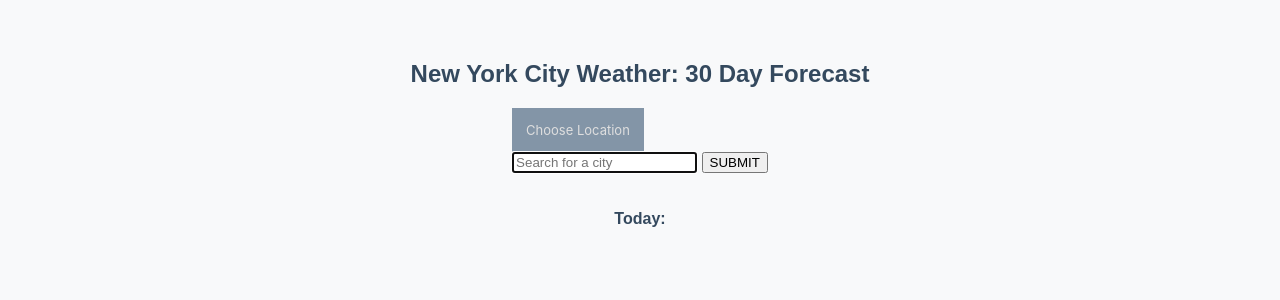
Repository: m0llyc00k/web-advanced
Page: NYC_weather_midterm/index_MC.html
The author's editor kept a record of every edit. The page is drawn from the files as they stood at one moment, then again after the next edit.
The browser window is 1280 px wide. The pictures show the whole page.
Some web fonts or font styles are not loaded; a fallback is used.

Above is the page before.

### NYC_weather_midterm/index_MC.html
<!DOCTYPE html>
<html lang="en">

<head>
    <link rel="stylesheet" href="./styles_MC.css" type="text/css">

    </link>

    <title>NYC Weather: 30 Day Forecast</title>
</head>

<body>
    <h2 class="title">
        New York City Weather: 30 Day Forecast
    </h2>
    <div class="dropdown">
        <button class="dropbtn">Choose Location</button>
        <div class="dropdown-content">
            <a href="#">Link 1</a>
            <a href="#">Link 2</a>
            <a href="#">Link 3</a>
        </div>
        <section class="top-banner">
            <div class="container">
                <form>
                    <input type="text" placeholder="Search for a city" autofocus>
                    <button type="submit">SUBMIT</button>
                    <span class="msg"></span>
                </form>
            </div>
        </section>
        <section class="ajax-section">
            <div class="container">
                <ul class="cities"></ul>
            </div>
        </section>
    </div>
    <h4>Today:</h4>
    <br><br><br>
    <div id="wrapper" class="wrapper">
        <div id="tooltip" class="tooltip">
            <div id="tooltip-date" class="tooltip-date"></div>
            <div id="tooltip-temperature" class="tooltip-temperature">
                <span id="tooltip-temperature-min"></span>
                -
                <span id="tooltip-temperature-max"></span>
            </div>
            <div class="tooltip-metric tooltip-precipitation-type">
                <div>Weather</div>
                <div id="tooltip-precipitation-type"></div>
            </div>

            <div class="tooltip-metric tooltip-cloud">
                <div>Cloud Cover</div>
                <div id="tooltip-cloud"></div>
            </div>
            <div class="tooltip-metric tooltip-rain">
                <div>Rain</div>
                <div id="tooltip-rain"></div>
            </div>
            <div class="tooltip-metric tooltip-snow">
                <div>Snow</div>
                <div id="tooltip-snow"></div>
            </div>
            <div class="tooltip-metric tooltip-humidity">
                <div>Humidity</div>
                <div id="tooltip-humidity"></div>
            </div>
        </div>


        <script src="https://d3js.org/d3.v7.min.js"></script>
        <script src="./script2.js"></script>

</body>

</html>

### NYC_weather_midterm/styles_MC.css
/* Import and use the Inter font https://rsms.me/inter/ */
@import url('https://rsms.me/inter/inter.css');

html {
    font-family: 'Inter', sans-serif;
}

body {
    display: flex;
    flex-direction: column;
    align-items: center;
    padding: 2em 2em;
    font-family: 'Inter var', sans-serif;
    font-size: 16px;
    color: #34495e;
    background: #f8f9fa;
}

#title {
    position: relative;
    width: 600px;
    margin-top: .3em;
    margin-bottom: .3em;
    line-height: 1.2em;
    display: flex;
    justify-content: center;
    text-align: center;
    align-items: center;
    font-family: 'Inter', sans-serif;
    font-feature-settings: 'tnum'1;
    font-weight: bold;
    font-size: 24px;
}

.grid-line {
    stroke: #dadadd;
    fill: none;
}

.tick-label {
    dominant-baseline: middle;
    fill: #8395a7;
    font-size: 0.7em;
    font-weight: 700;
    letter-spacing: 0.005em;
}

.tick-label-temperature {
    fill: #8395a7;
    opacity: 0.7;
    dominant-baseline: middle;
    font-size: 0.7em;
}

.freezingCircle {
    fill: skyblue;
    opacity: 0.5;
}

.day-line {
    stroke: #dadadd;
    stroke-width: 3;
}

.cloud-dot {
    fill: #c8d6e5;
    /*opacity: 0.8;*/
    mix-blend-mode: multiply;
}

.humidity-dot {
    fill: #d8d2e7;
    /*opacity: 0.8;*/
}

.rain-dot {
    opacity: 0.7;
    fill: cornflowerblue;
    mix-blend-mode: multiply;
}

.snow-dot {
    opacity: 0.7;
    fill: #636e72;
    mix-blend-mode: multiply;
}

.annotation-line {
    stroke: gray;
    /*opacity: 0.4;*/
}

.annotation-text {
    fill: gray;
    font-size: 0.7em;
    dominant-baseline: middle;
}

svg {
    overflow: visible;
}

#wrapper {
    position: relative;
}

.dropbtn {
    background-color: #8395a7;
    font-family: 'Inter', sans-serif;
    color: #dfdfdf;
    padding: 14px;
    font-size: 13px;
    border: none;
}

.dropdown {
    position: relative;
    display: inline-block;
}

.dropdown-content {
    font-family: 'Inter', sans-serif;
    font-size: 12px;
    display: none;
    position: absolute;
    background-color: #dfdfdf;
    min-width: 120px;
    box-shadow: 0px 8px 16px 0px rgba(0, 0, 0, 0.2);
    z-index: 1;
    color: #34495e;
    justify-content: center;
    text-align: center;
    align-items: center;

}

.dropdown-content a {
    font-family: 'Inter', sans-serif;
    color: black;
    padding: 12px 16px;
    text-decoration: none;
    display: block;
}

.dropdown-content a:hover {
    background-color: cornflowerblue;
    opacity: .5;
}

.dropdown:hover .dropdown-content {
    display: block;
}

.dropdown:hover .dropbtn {
    opacity: .5;
}

.tooltip {
    opacity: 0;
    position: absolute;
    top: 0;
    left: 0;
    width: 15em;
    padding: 0.6em 1em;
    background: #fff;
    text-align: center;
    line-height: 1.4em;
    font-size: 0.9em;
    border: 1px solid #ddd;
    z-index: 10;
    pointer-events: none;

}

.tooltip-date {
    margin-bottom: 0.2em;
    font-weight: 600;
    font-size: 1.1em;
    line-height: 1.4em;
}

.tooltip-temperature {
    font-feature-settings: 'tnum'1;
}

.tooltip-metric {
    display: flex;
    justify-content: space-between;
    width: 100%;
    font-size: 0.8em;
    line-height: 1.3em;
    transition: all 0.1s ease-out;
}

.tooltip-metric div:first-child {
    font-weight: 800;
    padding-right: 1em;
}

.tooltip-metric div:nth-child(2) {
    font-feature-settings: 'tnum'1;
}

.tooltip-cloud {
    color: #8395a7;
}

.tooltip-humidity {
    color: #bbb1d5;
}

.listener-circle {
    fill: transparent;
}

.tooltip-line {
    pointer-events: none;
    fill: #8395a7;
    /*fill-opacity: 0.2;*/
    mix-blend-mode: multiply;
}

.tooltip-rain {
    color: cornflowerblue;
}

.tooltip-snow {
    /*color: #8791a3;*/
    color: #b2bec3;
}

.tooltip-precipitation-type {
    margin-bottom: 8px;
    margin-top: 8px;
}

### NYC_weather_midterm/script2.js
/*global d3*/
//create a constructor function to process the data within object

"use strict";

const form = document.querySelector(".top-banner form");
const input = document.querySelector(".top-banner input");
const msg = document.querySelector(".top-banner .msg");
// const list = document.querySelector(".ajax-section .cities");
const apiKey = "0353e66df6f1bec42f85ab2aa62ad775";

form.addEventListener("submit", e => {
    e.preventDefault();
    let inputVal = input.value;

    //ajax here
    const url = `https://pro.openweathermap.org/data/2.5/forecast/climate?q=${inputVal}&appid=${apiKey}&units=imperial`;

    function fetchSearchData() {

        fetch(url)
            .then(res => res.json())
            // .then(data => {
            //     console.log(data)

            .then(function(data) {
                const dataset = data.list
                const allData = data


                drawChart(dataset)
                console.log(allData)
                getTitle(allData)

            })
            .catch(error => {
                console.log(error);
                msg.textContent = "Please search for a valid city";
            })

        msg.textContent = "";
        form.reset();
        input.focus();
    };



    function getTitle(allData) {
        const title = document.getElementById("title")
        const city = document.createElement("h2");
        const newTitle = city.innerText = allData.city.name + ", " + allData.city.country;
        title.innerHTML = newTitle + " : 30 Day Forecast";
    }

    const chartDiv = document.getElementById('wrapper')

        if (chartDiv == null) {
            fetchSearchData()
        } else {
            chartDiv.remove()
            fetchSearchData()
        }


    //////// draw chart in d3 ////////


    function drawChart(newData) {



        // 1. Access data


        // console.log(newData)
        //add the date format to the data
        const formatDate = d3.timeFormat("%Y-%m-%d")
        const parseDate = d3.timeParse("%Y-%m-%d")

        newData.forEach((element) => {
            element['date'] =
                (formatDate(element.dt * 1000))
        })

        const sunFormatter = d3.timeFormat("%I %p")
        const temperatureMinAccessor = d => d.temp.min
        const temperatureMaxAccessor = d => d.temp.max
        const dayAccessor = d => d.date
        const humidityAccessor = d => d.humidity
        const rainAccessor = d => d.rain
        const snowAccessor = d => d.snow
        const precipitationTypeAccessor = d => d.weather[0].main
        const weatherType = d => d.weather[0].description
        const cloudAccessor = d => d.clouds
        const dateParser = d3.timeParse("%Y-%m-%d")
        const sunriseAccessor = d => dateParser(d.sunrise)
        const sunsetAccessor = d => dateParser(d.sunset)
        const sunriseFormat = d => sunFormatter(sunriseAccessor(d.sunrise))
        const dateAccessor = d => dateParser(d.date)


        // 2. Create chart dimensions

        const width = 600
        let dimensions = {
            width: width,
            height: width,
            radius: width / 2,
            margin: {
                top: 120,
                right: 120,
                bottom: 120,
                left: 120,
            },
        }
        dimensions.boundedWidth = dimensions.width - dimensions.margin.left - dimensions.margin.right
        dimensions.boundedHeight = dimensions.height - dimensions.margin.top - dimensions.margin.bottom
        dimensions.boundedRadius = dimensions.radius - ((dimensions.margin.left + dimensions.margin.right) / 2)

        // 3. Draw canvas

        const div = document.createElement("div")
        div.setAttribute('class', 'wrapper');
        div.setAttribute('id', 'wrapper')
        document.body.appendChild(div);

        div.innerHTML = `
        <div id="tooltip" class="tooltip">
            <div id="tooltip-date" class="tooltip-date"></div>
            <div id="tooltip-temperature" class="tooltip-temperature">
                <span id="tooltip-temperature-min"></span>
                -
                <span id="tooltip-temperature-max"></span>
            </div>
            <div class="tooltip-metric tooltip-precipitation-type">
                <div>Weather</div>
                <div id="tooltip-precipitation-type"></div>
            </div>

            <div class="tooltip-metric tooltip-cloud">
                <div>Cloud Cover</div>
                <div id="tooltip-cloud"></div>
            </div>
            <div class="tooltip-metric tooltip-rain">
                <div>Rain</div>
                <div id="tooltip-rain"></div>
            </div>
            <div class="tooltip-metric tooltip-snow">
                <div>Snow</div>
                <div id="tooltip-snow"></div>
            </div>
            <div class="tooltip-metric tooltip-humidity">
                <div>Humidity</div>
                <div id="tooltip-humidity"></div>
            </div>
        </div>
        `

        const subtitle = document.createElement('h4')

        const wrapper = d3.select("#wrapper")
            .append("svg")
            .attr("width", dimensions.width)
            .attr("height", dimensions.height)

        const bounds = wrapper.append("g")
            .style("transform", `translate(${
            dimensions.margin.left + dimensions.boundedRadius}px, ${dimensions.margin.top + dimensions.boundedRadius}px)`)

        const defs = wrapper.append("defs")

        const gradientId = "temperature-gradient"
        const gradient = defs.append("radialGradient")
            .attr("id", gradientId)

        const radiusScale = d3.scaleLinear()
            .domain(d3.extent([
                ...newData.map(temperatureMinAccessor),
                ...newData.map(temperatureMaxAccessor),
            ]))
            .range([0, dimensions.boundedRadius])
            .nice()

        const numberOfStops = 10
        // const gradientColorScale = d3.interpolatePuBuGn
        // const gradientColorScale = d3.interpolateBuPu
        // const gradientColorScale = d3.interpolateCool
        const gradientColorScale = d3.interpolateRgb("cornflowerblue", "#047773")


        const temperatureColorScale = d3.scaleSequential()
            .domain(radiusScale.domain())
            .interpolator(gradientColorScale)

        d3.range(numberOfStops).forEach(i =>
            gradient.append("stop")
            .attr("offset", `${i *100 / (numberOfStops - 1)}%`)
            .attr("stop-color", gradientColorScale(
                i / (numberOfStops - 1)
            )))

        // 4. Create scales

        const angleScale = d3.scaleTime()
            .domain(d3.extent(newData, dateAccessor))
            .range([0, Math.PI * 2])


        const getCoordinatesForAngle = (angle, offset = 1) => [
            Math.cos(angle - Math.PI / 2) * dimensions.boundedRadius * offset,
            Math.sin(angle - Math.PI / 2) * dimensions.boundedRadius * offset,
        ]

        const getXFromDataPoint = (d, offset = 1.4) => (
            getCoordinatesForAngle(angleScale(dateAccessor(d)), offset)[0]
        )

        const getYFromDataPoint = (d, offset = 1.4) => (
            getCoordinatesForAngle(angleScale(dateAccessor(d)), offset)[1]
        )

        // 5. Draw data

        const freezingCircle = bounds.append("circle")
            .attr("r", radiusScale(32))
            .attr("class", "freezingCircle")


        const areaGenerator = d3.areaRadial()
            .angle(d => angleScale(dateAccessor(d)))
            .innerRadius(d => radiusScale(temperatureMinAccessor(d)))
            .outerRadius(d => radiusScale(temperatureMaxAccessor(d)))

        const area = bounds.append("path")
            .attr("d", areaGenerator(newData))
            .style("fill", `url(#${gradientId}`)

        const cloudRadiusScale = d3.scaleSqrt()
            .domain(d3.extent(newData, cloudAccessor))
            .range([1, 10])

        const humidityRadiusScale = d3.scaleSqrt()
            .domain(d3.extent(newData, humidityAccessor))
            .range([1, 10])

        const precipitationTypes = ["rain", "clouds", "snow", "humidity"]
        const precipitationTypeColorScale = d3.scaleOrdinal()
            .domain(precipitationTypes)
            .range(["cornflowerblue", "#636e72", "#b2bec3", "#d8d2e7"])

        const rainRaduisScale = d3.scaleSqrt()
            .domain(d3.extent(newData, rainAccessor))
            .range([0, 10])

        const snowRaduisScale = d3.scaleSqrt()
            .domain(d3.extent(newData, snowAccessor))
            .range([0, 10])

        // 6. Draw peripherals

        const annotationGroup = bounds.append("g")
        const drawAnnotation = (angle, offset, text) => {
            const [x1, y1] = getCoordinatesForAngle(angle, offset)
            const [x2, y2] = getCoordinatesForAngle(angle, 2.6)

            annotationGroup.append("line")
                .attr("x1", x1)
                .attr("x2", x2)
                .attr("y1", y1)
                .attr("y2", y2)
                .attr("class", "annotation-line")

            annotationGroup.append("text")
                .attr("x", x2 + 6)
                .attr("y", y2)
                .attr("class", "annotation-text")
                .text(text)

        }




        const peripherals = bounds.append("g")
        const days = d3.timeDay.range(...angleScale.domain())

        days.forEach(day => {
            const angle = angleScale(day)
            const [x, y] = getCoordinatesForAngle(angle, 1)
            // console.log(getCoordinatesForAngle(angle, 1))

            peripherals.append("line")
                .attr("x2", x)
                .attr("y2", y)
                .attr("class", "grid-line")


            const [labelx, labely] = getCoordinatesForAngle(angle, 2)
            peripherals.append("text")
                .text(d3.timeFormat("%b %d")(day))
                .attr("x", labelx)
                .attr("y", labely)
                .attr("class", "tick-label")
                .style("text-anchor",
                    Math.abs(labelx) < 5 ? "middle" :
                    labelx > 0 ? "start" :
                    "end"
                )


            const temperatureTicks = radiusScale.ticks(4)
            // console.log(temperatureTicks)
            const gridCircles = temperatureTicks.map(d => {
                peripherals.append("circle")
                    .attr("r", radiusScale(d))
                    .attr("class", "grid-line")
            })

            const tickLabelBackgrounds = temperatureTicks.map(d => {
                if (d < 1) return
                return peripherals.append("rect")
                    // .attr("x", 4)
                    .attr("y", -radiusScale(d) - 10)
                    .attr("width", 40)
                    .attr("height", 20)
                    .attr("fill", "#f8f9fa")
            })

            const gridLabels = temperatureTicks.map(d => {
                if (d < 1) return
                return peripherals.append("text")
                    .attr("x", 4)
                    .attr("y", -radiusScale(d) + 2)
                    .html(`${d3.format(".0f")(d)} \xB0F`)
                    .attr("class", "tick-label-temperature")
            })

        })

        //ticks for days

        const dayGroup = bounds.append("g")
        const dayOffset = 1
        const dayTick = dayGroup.selectAll("line")
            .data(newData.filter(d => dayAccessor(d)))
            .join("line")
            .attr("x1", d => getXFromDataPoint(d, dayOffset))
            .attr("y1", d => getYFromDataPoint(d, dayOffset))
            .attr("x2", d => getXFromDataPoint(d, dayOffset + 0.1))
            .attr("y2", d => getYFromDataPoint(d, dayOffset + 0.1))
            .attr("class", "day-line")

        //outer circles

        const cloudGroup = bounds.append("g")
        const cloudOffset = 1.65
        const cloudDots = cloudGroup.selectAll("circle")
            .data(newData)
            .join("circle")
            .attr("r", d => cloudRadiusScale(cloudAccessor(d)))
            .attr("cx", d => getXFromDataPoint(d, cloudOffset))
            .attr("cy", d => getYFromDataPoint(d, cloudOffset))
            .attr("class", "cloud-dot")

        const humidityGroup = bounds.append("g")
        const humidityOffset = 1.20
        const humidityDots = humidityGroup.selectAll("circle")
            .data(newData)
            .join("circle")
            .attr("r", d => humidityRadiusScale(humidityAccessor(d)))
            .attr("cx", d => getXFromDataPoint(d, humidityOffset))
            .attr("cy", d => getYFromDataPoint(d, humidityOffset))
            .attr("class", "humidity-dot")

        const rainGroup = bounds.append("g")
        const rainOffset = 1.34
        const rainDots = rainGroup.selectAll("circle")
            .data(newData)
            .join("circle")
            .attr("r", d => rainRaduisScale(rainAccessor(d)))
            .attr("cx", d => getXFromDataPoint(d, rainOffset))
            .attr("cy", d => getYFromDataPoint(d, rainOffset))
            .attr("class", "rain-dot")

        const snowGroup = bounds.append("g")
        const snowOffset = 1.47
        const snowDots = snowGroup.selectAll("circle")
            .data(newData)
            .join("circle")
            .attr("r", d => snowRaduisScale(snowAccessor(d)))
            .attr("cx", d => getXFromDataPoint(d, snowOffset))
            .attr("cy", d => getYFromDataPoint(d, snowOffset))
            .attr("class", "snow-dot")



        // drawAnnotation(Math.PI * 0.3, humidityOffset , "Humidity")
        // drawAnnotation(Math.PI * 0.195, cloudOffset , "Cloudiness")
        // drawAnnotation(Math.PI * 0.24, rainOffset , "Rain")
        // drawAnnotation(Math.PI * 0.26, snowOffset , "Snow")
        drawAnnotation(Math.PI * 0.65, 0.5, "Temperature")


        drawAnnotation(Math.PI * 0.72, radiusScale(32) / dimensions.boundedRadius, "Freezing Temperature (32\xB0F)")


        precipitationTypes.forEach((precipitationType, index) => {
            const labelCoordinates = getCoordinatesForAngle(Math.PI * 0.28, 3.0)

            annotationGroup.append("circle")
                .attr("cx", labelCoordinates[0] + 15)
                .attr("cy", labelCoordinates[1] + (16 * (index + 1)))
                .attr("r", 4)
                .attr("fill", precipitationTypeColorScale(precipitationType))
                .style("opacity", 0.7)
            annotationGroup.append("text")
                .attr("x", labelCoordinates[0] + 25)
                .attr("y", labelCoordinates[1] + (16 * (index + 1)))
                .text(precipitationType)
                .attr("class", "annotation-text")

        })




        //   // 7. Set up interactions

        const listenerCircle = bounds.append("circle")
            .attr("r", dimensions.width / 2)
            .attr("class", "listener-circle")
            .on("mousemove", onMouseMove)
            .on("mouseleave", onMouseLeave)


        const tooltip = d3.select("#tooltip")
        const tooltipLine = bounds.append("path")
            .attr("class", "tooltip-line")

        function onMouseMove(e) {
            const [x, y] = d3.pointer(e)

            const getAngleFromCoordinates = (x, y) => (
                Math.atan2(y, x))
            let angle = getAngleFromCoordinates(x, y) + Math.PI / 2
            if (angle < 0) angle = (Math.PI * 2) + angle

            const tooltipArcGenerator = d3.arc()
                .innerRadius(0)
                .outerRadius(dimensions.boundedRadius * 1.6)
                .startAngle(angle - 0.15)
                .endAngle(angle + 0.015)

            tooltipLine.attr("d", tooltipArcGenerator())
                .style("opacity", 1)

            const outerCoordinates = getCoordinatesForAngle(angle, 1.6)

            tooltip.style("opacity", 1)
                .style("transform", `translate(calc(${
          outerCoordinates[0] < -50 ? "40px + -100" :
          outerCoordinates[0] > 50 ? "-40px + 0" :
          -50
        }% + ${
          outerCoordinates[0] + dimensions.margin.left + dimensions.boundedRadius
        }px), calc(${
          outerCoordinates[1] < -50 ? "40px + -100" :
          outerCoordinates[1] > 50 ? "-40px + 0" :
          -50
        }% + ${
          outerCoordinates[1] + dimensions.margin.top + dimensions.boundedRadius
        }px))`)

            const date = angleScale.invert(angle)
            const dateString = d3.timeFormat("%Y-%m-%d")(date)

            const dataPoint = newData.find(d => d.date == dateString)
            if (!dataPoint) return

            const noValue = NaN



            tooltip.select("#tooltip-date")
                .text(d3.timeFormat("%B %-d")(date))
            tooltip.select("#tooltip-temperature-min")
                .html(`${d3.format(".1f")(
          temperatureMinAccessor(dataPoint))
        }	\xB0F`)
            tooltip.select("#tooltip-temperature-max")
                .html(`${d3.format(".1f")(
          temperatureMaxAccessor(dataPoint))
        }	\xB0F`)
            tooltip.select("#tooltip-humidity")
                .html(`${d3.format(".1f")(
          humidityAccessor(dataPoint))
        }	%`)
            tooltip.select("#tooltip-cloud")
                .html(`${d3.format(".1f")(
          cloudAccessor(dataPoint))
        }	%`)


            if (snowAccessor(dataPoint) != undefined) {
                tooltip.select("#tooltip-snow")
                    .html(`${d3.format(".1f")(
                snowAccessor(dataPoint))
        }	mm`)
            }
            else {
                tooltip.select("#tooltip-snow")
                    .text('none')
            }


            if (rainAccessor(dataPoint) != undefined) {
                tooltip.select("#tooltip-rain")
                    .html(`${d3.format(".1f")(
            rainAccessor(dataPoint))
        }	mm`)

            }
            else {
                tooltip.select("#tooltip-rain")
                    .text('none')
            }


            tooltip.select("#tooltip-precipitation-type")
                .text(weatherType(dataPoint))
            // tooltip.select("#tooltip-sunrise")
            //     .text(sunriseAccessor(d3.timeFormat("%I %p")))
            // tooltip.select("#tooltip-sunset")
            //     .text(d3.timeFormat("%I %p")(sunsetAccessor))
            tooltip.select(".tooltip-precipitation-type")
                .style("color", precipitationTypeAccessor(dataPoint) ?
                    precipitationTypeColorScale(
                        precipitationTypeAccessor(dataPoint)
                    ) :
                    "#dadadd")
            tooltip.select("#tooltip-temperature-min")
                .style("color", temperatureColorScale(
                    temperatureMinAccessor(dataPoint)
                ))
            tooltip.select("#tooltip-temperature-max")
                .style("color", temperatureColorScale(
                    temperatureMaxAccessor(dataPoint)
                ))
            tooltip.select("#tooltip-rain")
                .style("color", "cornflowerblue")
            tooltip.select("#tooltip-snow")
                .style("color", "#8791a3")
            // tooltip.select("#tooltip-sunrise")
            //     .style("color", "#feca57")
            // tooltip.select("#tooltip-sunset")
            //     .style("color", "#fe7757")
        }

        function onMouseLeave() {
            tooltip.style("opacity", 0)
            tooltipLine.style("opacity", 0)

        }



    }

});

After the next edit:
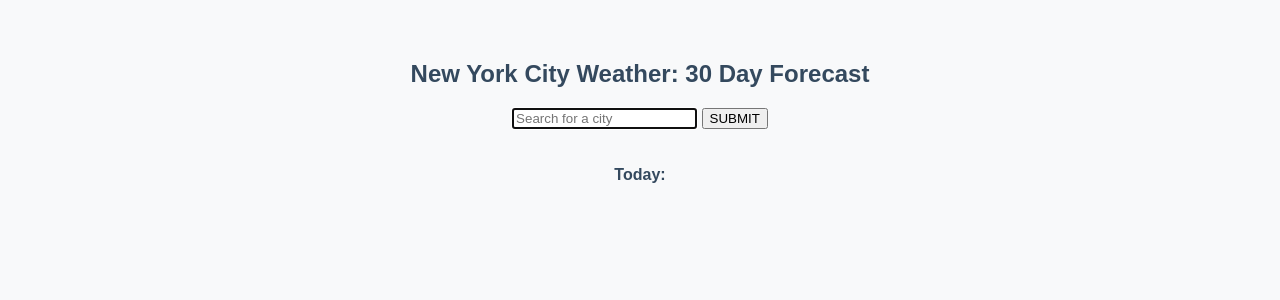
The edit:
--- a/NYC_weather_midterm/index_MC.html
+++ b/NYC_weather_midterm/index_MC.html
@@ -13,13 +13,13 @@
     <h2 class="title">
         New York City Weather: 30 Day Forecast
     </h2>
-    <div class="dropdown">
-        <button class="dropbtn">Choose Location</button>
-        <div class="dropdown-content">
-            <a href="#">Link 1</a>
-            <a href="#">Link 2</a>
-            <a href="#">Link 3</a>
-        </div>
+    <!--<div class="dropdown">-->
+    <!--    <button class="dropbtn">Choose Location</button>-->
+    <!--    <div class="dropdown-content">-->
+    <!--        <a href="#">Link 1</a>-->
+    <!--        <a href="#">Link 2</a>-->
+    <!--        <a href="#">Link 3</a>-->
+    <!--    </div>-->
         <section class="top-banner">
             <div class="container">
                 <form>
